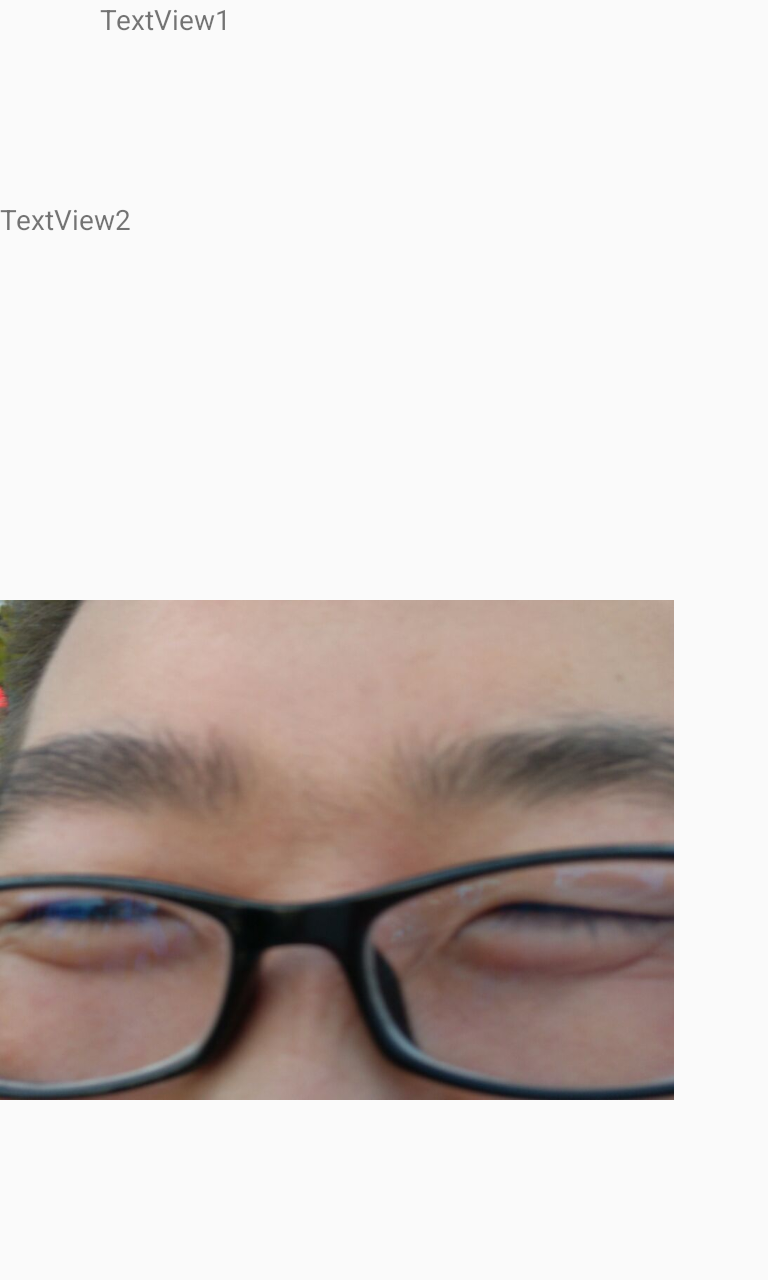
Repository: mjchow/qiuyi
Layout: demo1/res/layout/activity_main.xml
These files come from the project's save history. The layout is drawn as it stood at one moment and after the next save; the edit follows.
It is drawn on a 768 x 1280 px phone screen (xhdpi) without system bars, with theme AppTheme; the app's code is not run.

Above is the layout before, as saved 2014-12-25 16:01:15.

### demo1/res/layout/activity_main.xml
<FrameLayout xmlns:android="http://schemas.android.com/apk/res/android"
    xmlns:tools="http://schemas.android.com/tools"
    android:id="@+id/container"
    android:layout_width="match_parent"
    android:layout_height="match_parent"
    tools:context="com.example.demo1.MainActivity"
    tools:ignore="MergeRootFrame" >

    <ImageView
         android:id="@+id/imageview1"
         android:layout_marginTop="300dp"
         android:layout_width="900dp"
         android:layout_height="250dp"
         android:scaleType="fitStart"
         android:src="@drawable/ydt1" />
      <TextView
        android:id="@+id/textView1"
        android:layout_width="wrap_content"
        android:layout_height="wrap_content"
        android:layout_marginLeft = "50dp"
        android:text="TextView1" />

    <TextView
        android:id="@+id/textView2"
        android:layout_marginTop="100dp"
        android:layout_width="wrap_content"
        android:layout_height="wrap_content"
        android:text="TextView2" />

</FrameLayout>

Loaded but not shown: demo1/res/values/styles.xml (common file); demo1/res/values-v11/styles.xml (common file); demo1/res/values-v14/styles.xml (common file)

After the next save:
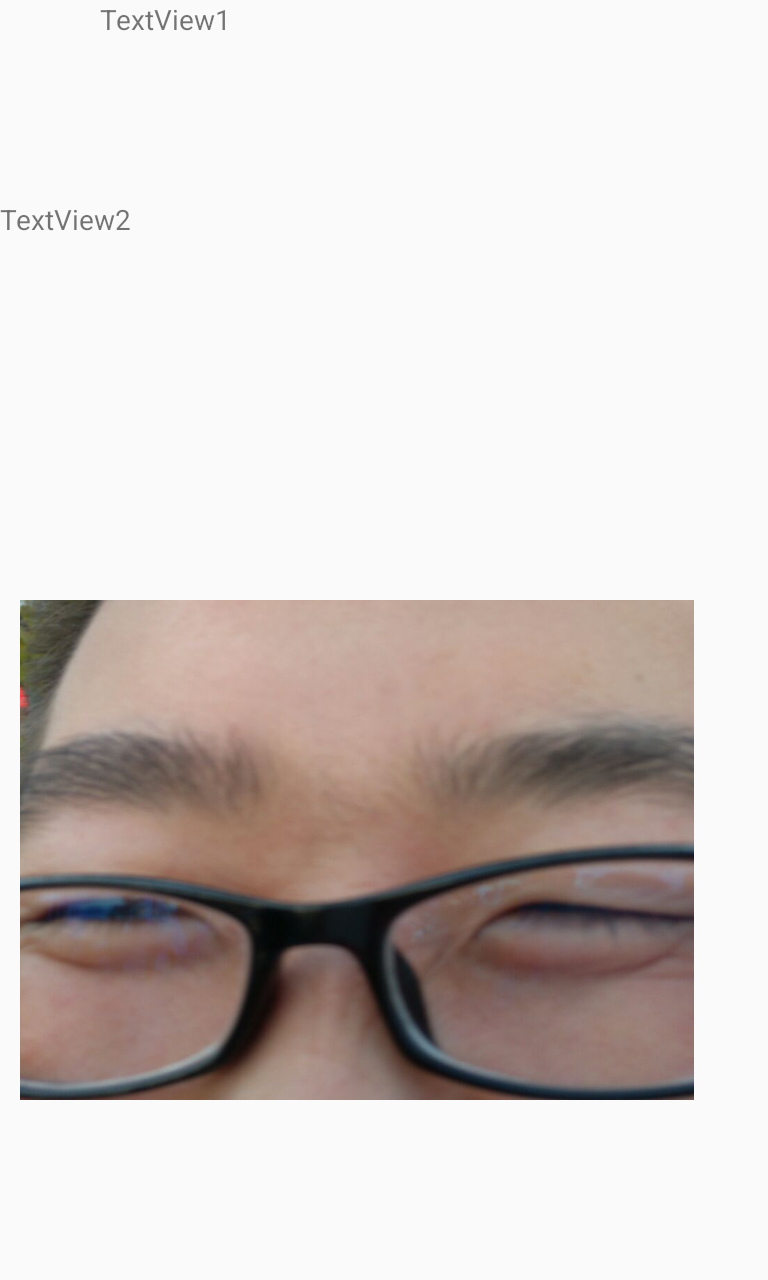
Saved 35 s later.
--- a/demo1/res/layout/activity_main.xml
+++ b/demo1/res/layout/activity_main.xml
@@ -9,6 +9,7 @@
     <ImageView
          android:id="@+id/imageview1"
          android:layout_marginTop="300dp"
+         android:layout_marginLeft="10dp"
          android:layout_width="900dp"
          android:layout_height="250dp"
          android:scaleType="fitStart"
